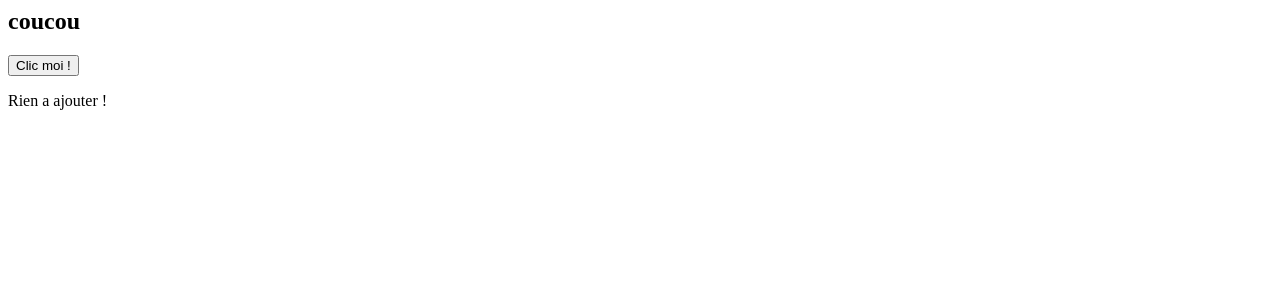
Repository: evalwebmeteofullstack/Gestion_meteo
Page: Notes/Exercices/static/test/Mon-1er-code.html
An editor plug-in stored every save of this project. The page is shown before and after the next save, followed by the edit.
The browser window is 1280 px wide. The pictures show the whole page.

Above is the page before, as saved 2019-01-30 13:47:39.

After the next save:
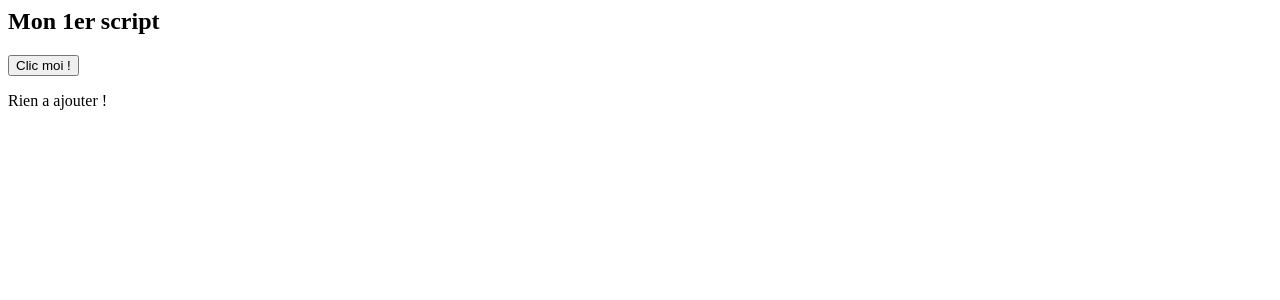
Console error: ReferenceError: Invalid left-hand side in assignment
Saved 12 s later.
--- a/Notes/Exercices/static/test/test.js
+++ b/Notes/Exercices/static/test/test.js
@@ -1,2 +1,2 @@
 alert("C'est mon 1er script");
-document.getElementById("montitre").innerHTML = "coucou";
+document.getElementById("montitre") = "coucou";

After the 2 saves that followed:
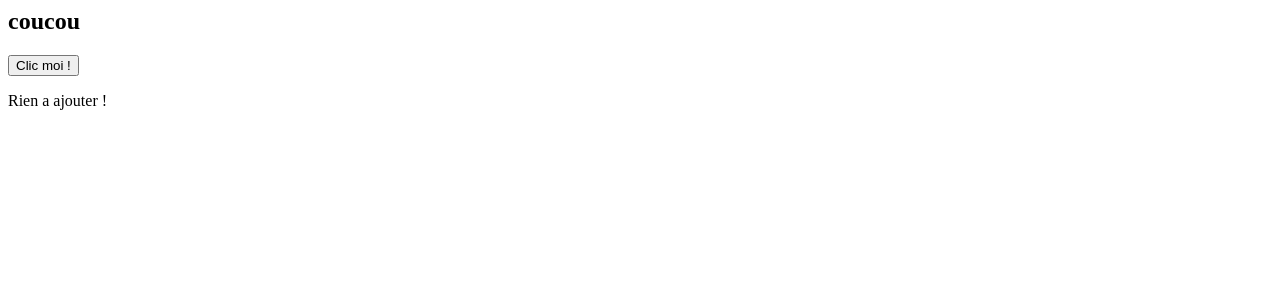
The error is gone.
The 2 saves are shown as one change because 1 left the picture as it was.
The last was saved 18 s later.
--- a/Notes/Exercices/static/test/test.js
+++ b/Notes/Exercices/static/test/test.js
@@ -1,2 +1,2 @@
 alert("C'est mon 1er script");
-document.getElementById("montitre") = "coucou";
+document.getElementById("montitre").innerHTML = "coucou";
